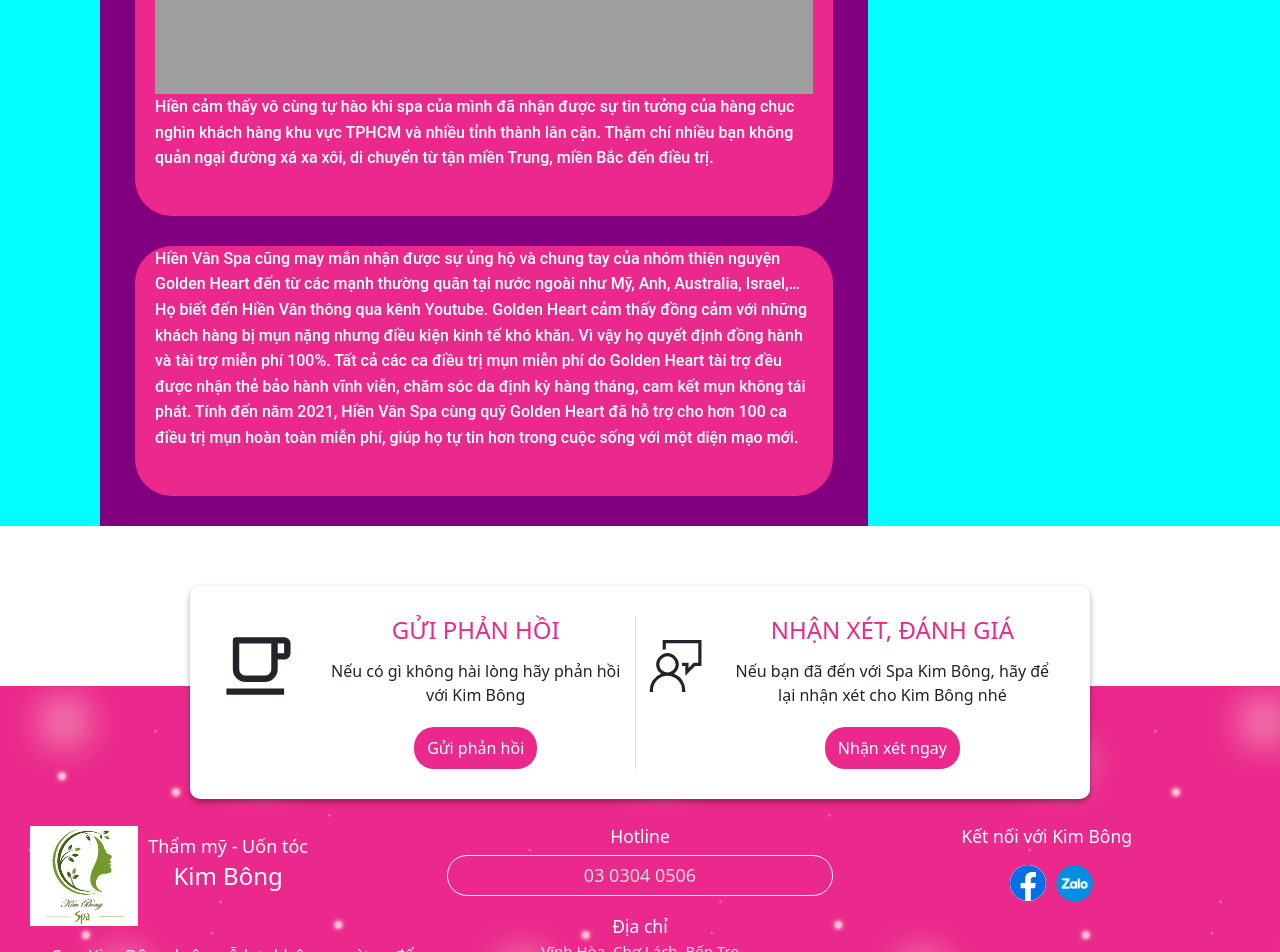
Repository: tranduykhuong/SpaKimBong
Page: /about
The author's editor kept a copy of each file at every save. The page is drawn from the files as they stood at one save, then again after the next save.
The browser window is 1280 px wide. The pictures show the part of the page from y = 844 to 1796 px (the page is 1930 px tall before and 1950 px after).
Pictures or frames that could not be fetched are drawn as grey boxes. The project was rebuilt for these pictures with package versions that can differ from the ones it lists, and the page was loaded fresh each time. Also part of the build but not shown: src/components/Header/Slider/slider.scss, src/components/Header/Slider/Slider.js, src/components/Header/ListImage/listImage.scss, src/components/Header/ListImage/ListImage.js, src/pages/Home/home.scss, src/pages/Home/ListImage/listImage.scss, src/pages/Home/ListImage/ListImage.js, src/pages/Home/BookOnline/bookOnl.scss and 6 more.

Above is the page before, as saved 2022-06-02 22:33:49.

After the next save:
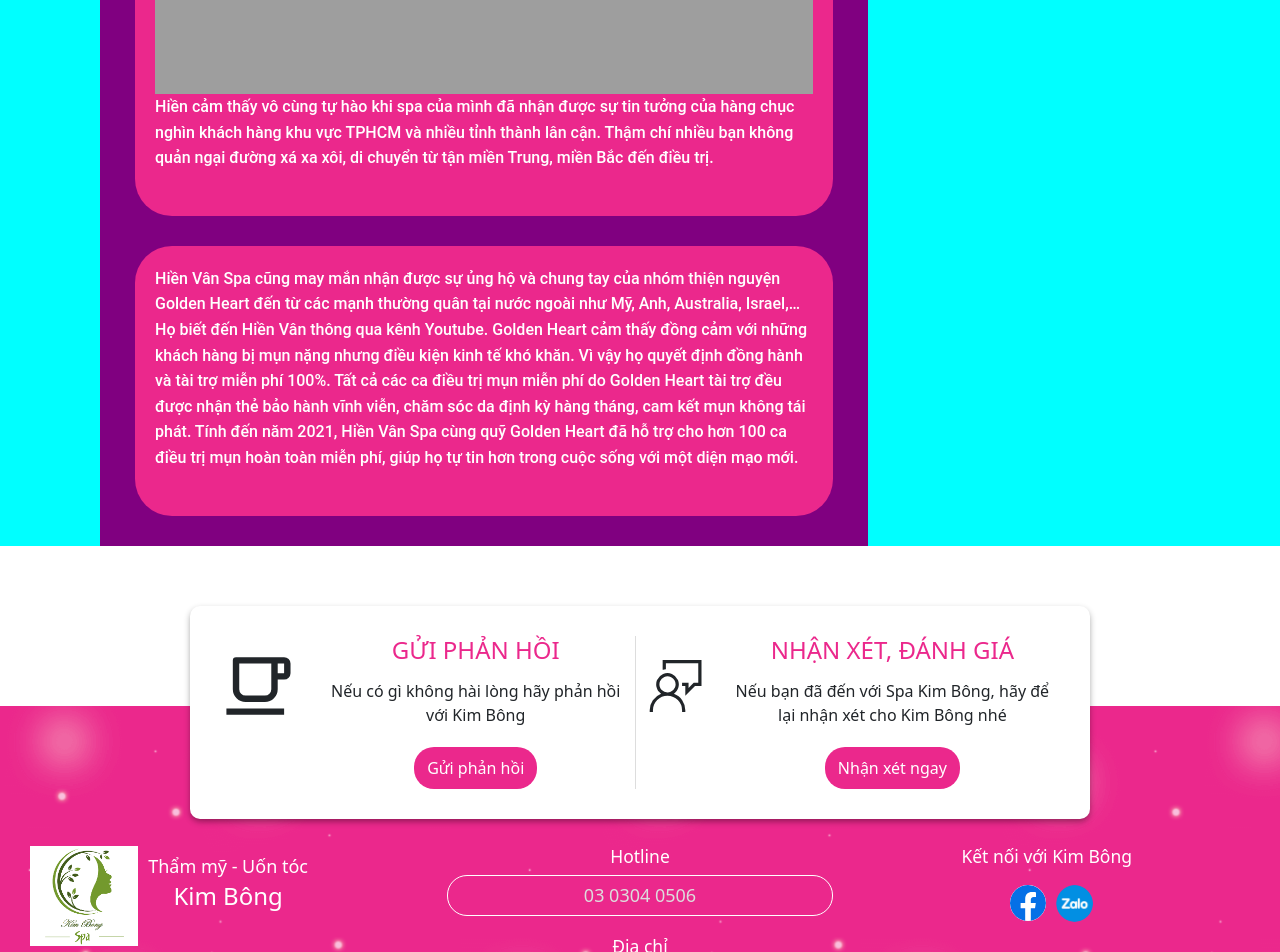
Saved 8 s later.
--- a/src/pages/About/About.scss
+++ b/src/pages/About/About.scss
@@ -61,7 +61,7 @@
           border-radius: 37px;
 
           .content {
-            padding: 0 20px 35px 20px;
+            padding: 20px 20px 35px 20px;
 
             p {
               font: 16px Roboto, sans-serif;
